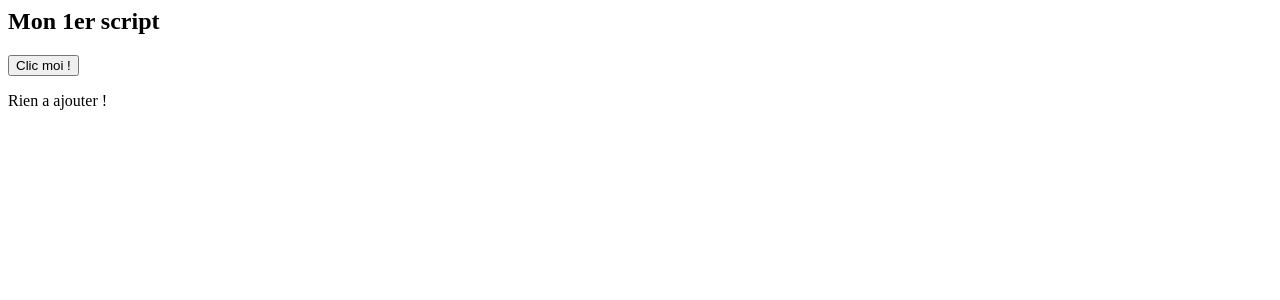
Repository: evalwebmeteofullstack/Gestion_meteo
Page: Notes/Exercices/static/test/Mon-1er-code.html
An editor plug-in stored every save of this project. The page is shown before and after the next save, followed by the edit.
The browser window is 1280 px wide. The pictures show the whole page.

Above is the page before, as saved 2019-01-30 12:29:53.

After the next save:
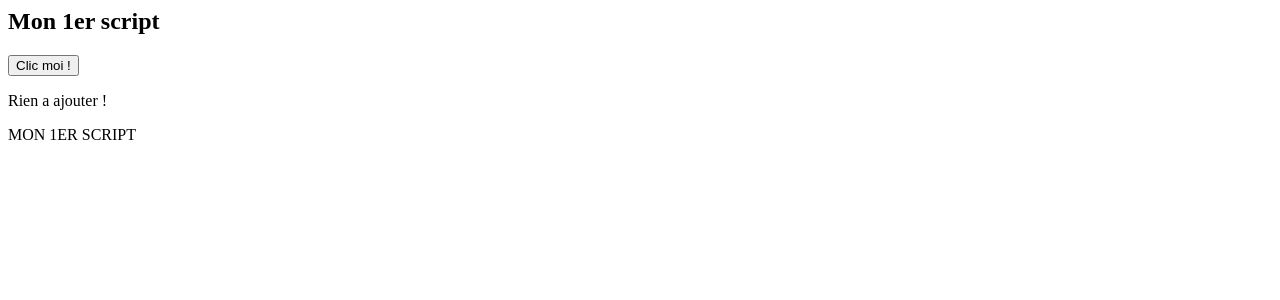
Saved 44 min 9 s later.
--- a/Notes/Exercices/static/test/test.js
+++ b/Notes/Exercices/static/test/test.js
@@ -1 +1,2 @@
 alert("C'est mon 1er script");
+document.write("MON 1ER SCRIPT");
